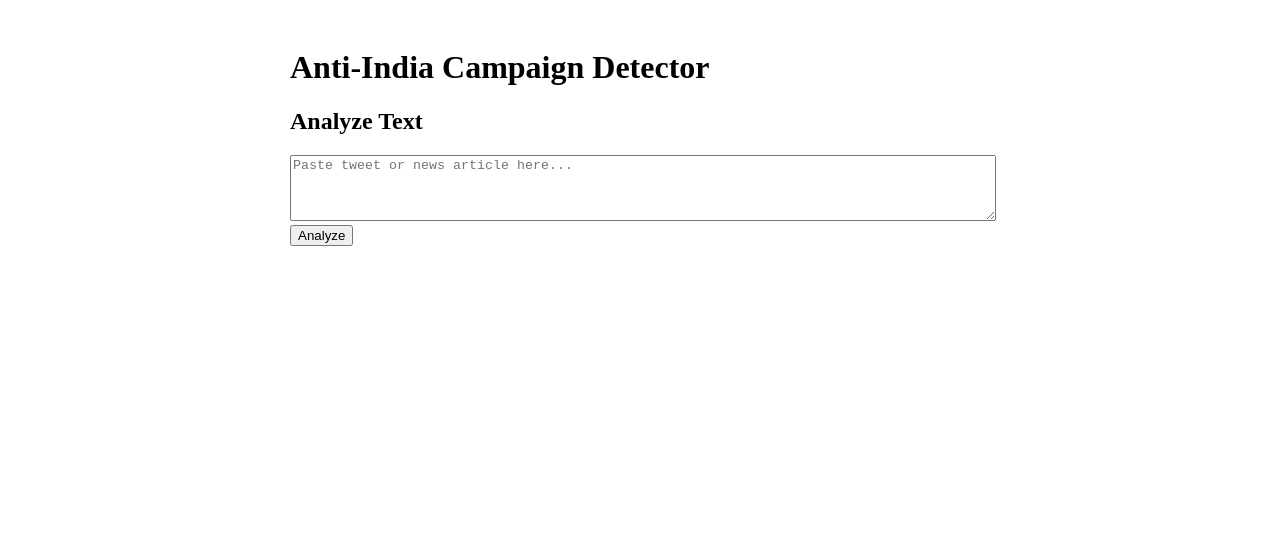
Repository: Shreyasaraf01/Anti-India-Detector
Page: / (app in frontend/)
The author's editor kept a copy of each file at every save. The page is drawn from the files as they stood at one save, then again after the next save.
The browser window is 1280 px wide. The pictures show the whole page.
The project was rebuilt for these pictures with package versions that can differ from the ones it lists, and the page was loaded fresh each time.

Above is the page before, as saved 2025-08-31 23:09:05.

After the next save:
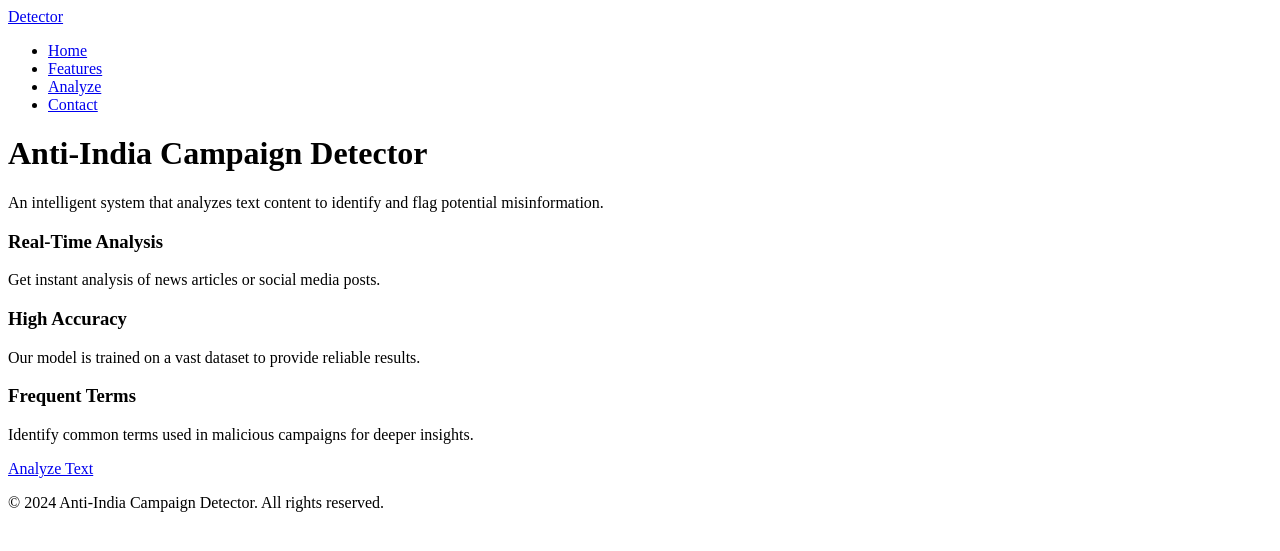
Saved 38 s later.
--- a/frontend/src/App.js
+++ b/frontend/src/App.js
@@ -1,13 +1,31 @@
-import React from "react";
-import AnalyzeForm from "./components/AnalyzeForm";
+import React from 'react';
+import { BrowserRouter as Router, Routes, Route } from 'react-router-dom';
+import Navbar from './components/Navbar';
+import Footer from './components/Footer';
+import LandingPage from './components/LandingPage';
+import AnalyzeForm from './components/AnalyzeForm'; // Your existing component
 
-function App() {
+// You will also need to create these placeholder components
+const Features = () => <div className="p-8 mt-16 text-center"><h2>Features Page</h2></div>;
+const Contact = () => <div className="p-8 mt-16 text-center"><h2>Contact Page</h2></div>;
+
+const App = () => {
   return (
-    <div style={{ maxWidth: 700, margin: "auto", padding: 20 }}>
-      <h1>Anti-India Campaign Detector</h1>
-      <AnalyzeForm />
-    </div>
+    <Router>
+      <div className="flex flex-col min-h-screen">
+        <Navbar />
+        <main className="flex-grow mt-16">
+          <Routes>
+            <Route path="/" element={<LandingPage />} />
+            <Route path="/features" element={<Features />} />
+            <Route path="/analyze" element={<AnalyzeForm />} />
+            <Route path="/contact" element={<Contact />} />
+          </Routes>
+        </main>
+        <Footer />
+      </div>
+    </Router>
   );
-}
+};
 
 export default App;
